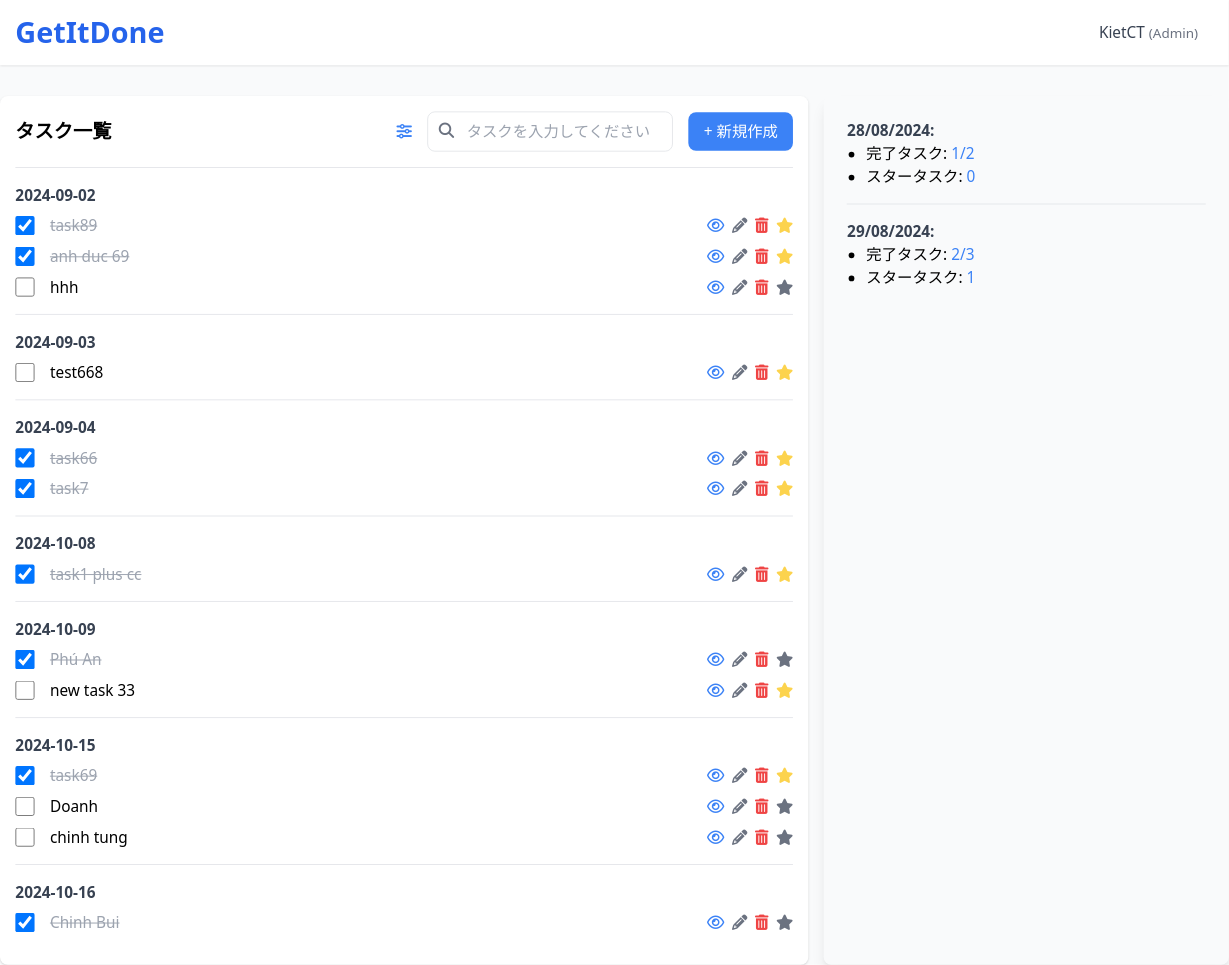
Repository: TuanAnhNguyen723/todolist
Page: http://localhost/mainscreen/mainscreen.php
An editor plug-in stored every save of this project. The page is shown before and after the next save, followed by the edit.
The browser window is 1280 px wide. The pictures show the whole page, at 96% of full size.
Some web libraries are served in a nearby version. The page is run by PHP 8.4 with error messages shown; the project is at /var/www/html/. The database holds what the project's SQL file puts in it.

Above is the page before, as saved 2024-10-02 13:59:46.

### mainscreen/mainscreen.php
<!DOCTYPE html>
<?php
include '../mainscreen/mainscreenController.php';
?>

<html lang="ja">
  <head>
    <meta charset="UTF-8" />
    <meta name="viewport" content="width=device-width, initial-scale=1.0" />
    <title>GetItDone Task List</title>
    <link
      href="https://cdn.jsdelivr.net/npm/tailwindcss@2.2.19/dist/tailwind.min.css"
      rel="stylesheet"
    />
    <link
      rel="stylesheet"
      href="https://cdnjs.cloudflare.com/ajax/libs/font-awesome/6.6.0/css/all.min.css"
    />

    <link href="./mainscreen.css">
    <script src="./mainscreen.js" defer></script>
  </head>
  <body class="bg-gray-50">
    <!-- Header Section -->
    <header class="bg-white shadow p-4 flex justify-between items-center">
      <div class="flex items-center">
        <h1 class="text-3xl font-bold text-blue-600">GetItDone</h1>
      </div>
      <div class="flex items-center">
        <span class="text-gray-700 mr-4"
          >KietCT <span class="text-sm text-gray-500">(Admin)</span></span
        >
      </div>
    </header>

    <!-- Main Section -->
    <main class="container mx-auto mt-8">
      <div class="flex justify-between">
        <!-- Task List -->
        <div class="w-2/3 bg-white p-4 shadow rounded-lg">
          <div class="flex justify-between items-center mb-4">
            <!-- Task List Title -->
            <h2 class="text-xl font-bold">タスク一覧</h2>

            <div class="flex items-center space-x-4">
              <!-- Filter Icon -->
              <button class="text-blue-500 hover:text-gray-700">
                <i class="fas fa-sliders-h"></i>
              </button>

              <!-- Search Input with Icon -->
              <div class="relative">
                <input
                  type="text"
                  class="border rounded-lg pl-10 pr-3 py-2 w-64"
                  placeholder="タスクを入力してください"
                />
                <!-- Search Icon -->
                <i
                  class="fas fa-search absolute left-3 top-3 text-gray-500"
                ></i>
              </div>

              <!-- New Task Button -->
              <button
                class="newtask bg-blue-500 text-white px-4 py-2 rounded-lg"
              >
                + 新規作成
              </button>
            </div>
          </div>

          <!-- Task Groups by Date -->
          <div class="task-container">
          <?php foreach ($tasks_by_date as $date => $tasks): ?>
            <div class="mb-4 border-t pt-4">
              <h3 class="font-bold text-gray-700"><?php echo htmlspecialchars($date); ?></h3>

              <?php foreach ($tasks as $task): ?>
                <div class="task-container2 flex justify-between items-center space-x-4 my-2">
                  <div class="flex items-center space-x-4">
                    <input
                      type="checkbox"
                      class="form-checkbox h-5 w-5 toggle-complete"
                      data-task-id="<?php echo $task['task_id']; ?>"
                      <?php echo $task['checked'] ? 'checked' : ''; ?>
                    />
                    <span class="task-text <?php echo $task['checked'] ? 'line-through text-gray-400' : ''; ?>">
                      <?php echo htmlspecialchars($task['title']); ?>
                    </span>
                  </div>
                  <div class="flex space-x-2">
                    <!-- Nút xem chi tiết -->
                    <button class="text-blue-500 hover:text-blue-700">
                      <i class="fa fa-eye"></i>
                    </button>

                    <!-- Nút sửa -->
                    <button class="text-gray-500 hover:text-gray-700 edit-task-button" data-task-id="<?php echo $task['task_id']; ?>">
                      <i class="fa fa-pencil"></i>
                    </button>

                    <!-- Nút xóa -->
                    <form action="./mainscreenController.php" method="POST" style="display:inline;">
                      <input type="hidden" name="task_id" value="<?php echo $task['task_id']; ?>">
                      <button type="submit" name="delete_task" class="text-red-500 hover:text-red-700">
                        <i class="fa fa-trash"></i>
                      </button>
                    </form>

                      <!-- Nút ngôi sao -->
                      <button class="text-gray-500 hover:text-yellow-300 star-icon <?php echo $task['star'] ? 'text-yellow-300' : ''; ?>" data-task-id="<?php echo $task['task_id']; ?>">
                      <i class="fa fa-star"></i>
                    </button>
                  </div>
                </div>
              <?php endforeach; ?>




            </div>
          <?php endforeach; ?>


          </div>
        </div>

        <!-- Task Completion Summary -->
        <div
          id="task-summary"
          class="w-1/3 bg-grey-900 p-6 rounded-lg shadow-lg ml-4"
        >
          <h3 class="font-bold text-gray-700">28/08/2024:</h3>
          <ul class="list-disc pl-5">
            <li>完了タスク: <span class="text-blue-500">1/2</span></li>
            <li>スタータスク: <span class="text-blue-500">0</span></li>
          </ul>

          <h3 class="font-bold text-gray-700 mt-4 border-t pt-4">
            29/08/2024:
          </h3>
          <ul class="list-disc pl-5">
            <li>完了タスク: <span class="text-blue-500">2/3</span></li>
            <li>スタータスク: <span class="text-blue-500">1</span></li>
          </ul>
        </div>

        <!-- Task Add Modal -->
        <div id="taskAddModal" class="fixed z-50 inset-0 overflow-y-auto hidden">
          <div class="flex items-center justify-center min-h-screen bg-black bg-opacity-50">
            <div class="relative bg-white w-96 p-6 rounded-lg shadow-lg">
              <!-- Close Button -->
              <button id="closeModal" class="absolute top-2 right-2 text-gray-500 hover:text-gray-700">
                <i class="fas fa-times"></i>
              </button>

              <!-- Modal Title -->
              <h2 class="text-2xl font-bold mb-4">タスク追加</h2>

              <!-- Form -->

              <form action="mainscreenController.php" method="POST">
                <!-- Task Title -->
                <input
                  name="title"
                  type="text"
                  placeholder="タイトルが入力してください"
                  class="title w-full border border-gray-300 p-2 rounded-lg mb-4"
                />

                <!-- Date Pickers -->
                <div class="flex justify-between space-x-4 mb-4">
                  <div class="w-1/2 relative">
                    <label for="time_start" class="sr-only">Start Date</label>
                    <input
                      type="date"
                      name="time_start"
                      class="w-full border border-gray-300 p-2 rounded-lg"
                    />
                  </div>
                  <div class="w-1/2 relative">
                    <label for="time_end" class="sr-only">End Date</label>
                    <input
                      type="date"
                      name="time_end"
                      class="w-full border border-gray-300 p-2 rounded-lg"
                    />
                  </div>
                </div>

                <!-- Task Description -->
                <textarea
                  name="description"
                  placeholder="ディスクリプが入力してください"
                  class="w-full border border-gray-300 p-2 rounded-lg mb-4"
                  rows="4"
                ></textarea>

                <!-- Buttons -->
                <div class="flex justify-between">
                  <button
                    type="submit"
                    class="bg-blue-500 text-white px-4 py-2 rounded-lg w-full mr-2"
                  >
                    作成
                  </button>
                  <button
                    type="button"
                    class="border border-blue-500 text-blue-500 px-4 py-2 rounded-lg w-full"
                    id="cancelButton"
                  >
                    キャンセル
                  </button>
                </div>
              </form>

            </div>
          </div>
        </div>

        <!-- Filter Modal -->
        <div
          id="filterModal"
          class="fixed inset-0 bg-black bg-opacity-30 flex justify-center items-center hidden"
        >
          <div class="bg-white p-6 rounded-lg shadow-lg w-80">
            <h2 class="text-xl font-bold mb-4">フィルターオプション</h2>

            <!-- Status Dropdown -->
            <div class="mb-4 relative">
              <label class="block text-gray-700 font-semibold"
                >ステータス</label
              >
              <button
                id="statusButton"
                class="bg-gray-200 border border-gray-300 p-2 w-full text-left rounded-lg flex justify-between items-center"
              >
                <span id="statusText">全ステータス</span>
                <i class="fas fa-chevron-down"></i>
              </button>

              <ul
                id="statusDropdown"
                class="absolute bg-white border border-gray-300 rounded-lg w-full hidden mt-1 z-10"
              >
                <li
                  class="p-2 hover:bg-blue-500 hover:text-white cursor-pointer"
                  data-value="全ステータス"
                >
                  全ステータス
                </li>
                <li
                  class="p-2 hover:bg-blue-500 hover:text-white cursor-pointer"
                  data-value="完了"
                >
                  完了
                </li>
                <li
                  class="p-2 hover:bg-blue-500 hover:text-white cursor-pointer"
                  data-value="未完了"
                >
                  未完了
                </li>
              </ul>
            </div>

            <!-- Date Picker -->
            <div class="flex items-center mb-4">
              <i class="fas fa-calendar mr-2"></i>
              <span>締め切り</span>
            </div>

            <!-- Star Task Checkbox -->
            <div class="flex items-center mb-4">
              <input type="checkbox" id="starTask" class="mr-2" />
              <label for="starTask">スタータスク</label>
            </div>

            <!-- Buttons -->
            <div class="flex justify-between">
              <button
                id="resetButton"
                class="bg-gray-300 text-gray-700 px-4 py-2 rounded-lg"
              >
                リセット
              </button>
              <button
                id="applyButton"
                class="bg-blue-500 text-white px-4 py-2 rounded-lg"
              >
                適用
              </button>
            </div>
          </div>
        </div>


     <!-- Modal chỉnh sửa task -->
      <div id="taskEditModal" class="fixed z-50 inset-0 overflow-y-auto hidden">
        <div class="flex items-center justify-center min-h-screen bg-black bg-opacity-50">
          <div class="relative bg-white w-96 p-6 rounded-lg shadow-lg">
            <!-- Close Button -->
            <button id="closeEditModal" class="absolute top-2 right-2 text-gray-500 hover:text-gray-700">
              <i class="fas fa-times"></i>
            </button>



            <!-- Modal Content -->
            <h2 class="text-2xl font-bold mb-4">タスク編集</h2>
            <!-- Form -->
            <form id="editTaskForm" action="mainscreenController.php" method="POST">
              <!-- Task ID (ẩn) để biết nhiệm vụ nào cần chỉnh sửa -->
              <input type="hidden" name="edit_task_id" value="">

              <!-- Task Title -->
              <input name="edit_title" type="text" placeholder="タイトルを入力してください" class="edit-title w-full border border-gray-300 p-2 rounded-lg mb-4" />

              <!-- Date Pickers -->
              <div class="flex justify-between space-x-4 mb-4">
                <div class="w-1/2 relative">
                  <label for="edit_time_start" class="sr-only">Start Date</label>
                  <input type="date" name="edit_time_start" class="edit-time-start w-full border border-gray-300 p-2 rounded-lg" />
                </div>
                <div class="w-1/2 relative">
                  <label for="edit_time_end" class="sr-only">End Date</label>
                  <input type="date" name="edit_time_end" class="edit-time-end w-full border border-gray-300 p-2 rounded-lg" />
                </div>
              </div>

              <!-- Task Description -->
              <textarea name="edit_description" placeholder="ディスクリプションを入力してください" class="edit-description w-full border border-gray-300 p-2 rounded-lg mb-4" rows="4"></textarea>

              <!-- Buttons -->
              <div class="flex justify-between">
                <button id="saveEditButton" class="bg-blue-500 text-white px-4 py-2 rounded-lg w-full mr-2">
                  保存
                </button>
                <button type="button" class="border border-blue-500 text-blue-500 px-4 py-2 rounded-lg w-full" id="cancelEditButton">
                  キャンセル
                </button>
              </div>
            </form>
          </div>
        </div>
      </div>

      </div>
    </main>

    <!-- Icons FontAwesome -->
    <script src="https://kit.fontawesome.com/a076d05399.js"></script>
  </body>
</html>

### config.php
<?php
define('DB_SERVER', 'localhost');
define('DB_USERNAME', 'root');
define('DB_PASSWORD', '');
define('DB_NAME', 'todolistdb');

$conn = mysqli_connect(DB_SERVER, DB_USERNAME, DB_PASSWORD, DB_NAME);



if($conn === false){
    die("ERROR: Could not connect. " . mysqli_connect_error());
}
?>

### todolistdb.sql (the tables this page reads)
CREATE TABLE `task` (
  `task_id` int(11) NOT NULL,
  `title` varchar(255) NOT NULL,
  `description` varchar(255) NOT NULL,
  `time_start` date NOT NULL,
  `time_end` date NOT NULL,
  `checked` tinyint(1) NOT NULL,
  `user_id` varchar(10) NOT NULL,
  `grouptask_id` varchar(10) NOT NULL,
  `star` tinyint(1) NOT NULL
) ENGINE=InnoDB DEFAULT CHARSET=utf8mb4 COLLATE=utf8mb4_general_ci;

INSERT INTO `task` (`task_id`, `title`, `description`, `time_start`, `time_end`, `checked`, `user_id`, `grouptask_id`, `star`) VALUES
(26, 'task89', 'test89', '2024-09-02', '2024-09-11', 1, 'some_user_', 'some_group', 1),
(28, 'task1 plus  cc', 'test1 plus cc', '2024-10-08', '2024-09-10', 1, 'some_user_', 'some_group', 1),
(30, 'task66', 'test66', '2024-09-04', '2024-09-13', 1, 'some_user_', 'some_group', 1),
(36, 'task69', 'test69\r\n', '2024-10-15', '2024-10-17', 1, 'some_user_', 'some_group', 1),
(38, 'task7', 'test7', '2024-09-04', '2024-10-15', 1, 'some_user_', 'some_group', 1),
(42, 'Doanh', 'đần', '2024-10-15', '2024-10-14', 0, 'some_user_', 'some_group', 0),
(46, 'Phú An', 'An ', '2024-10-09', '2024-10-14', 1, 'some_user_', 'some_group', 0),
(56, 'Chinh Bui', 'tft', '2024-10-16', '2024-10-21', 1, 'some_user_', 'some_group', 0),
(58, '              anh duc 69            ', 'anh duc 69', '2024-09-02', '2024-10-08', 1, 'some_user_', 'some_group', 1),
(59, '                            test668                        ', 'test668', '2024-09-03', '2024-10-08', 0, 'some_user_', 'some_group', 1),
(61, 'chinh tung', 'tung chinh', '2024-10-15', '2024-10-08', 0, 'some_user_', 'some_group', 0),
(62, 'new task 33', 'new test 3 3', '2024-10-09', '2024-10-11', 0, 'some_user_', 'some_group', 1),
(63, 'hhh', 'hhh', '2024-09-02', '2024-10-07', 0, 'some_user_', 'some_group', 0);

ALTER TABLE `task`
  ADD PRIMARY KEY (`task_id`);

ALTER TABLE `task`
  MODIFY `task_id` int(11) NOT NULL AUTO_INCREMENT, AUTO_INCREMENT=64;

Loaded but not shown: mainscreen/mainscreen.js (321 lines, source omitted); mainscreen/mainscreenController.php (196 lines, source omitted)

After the next save:
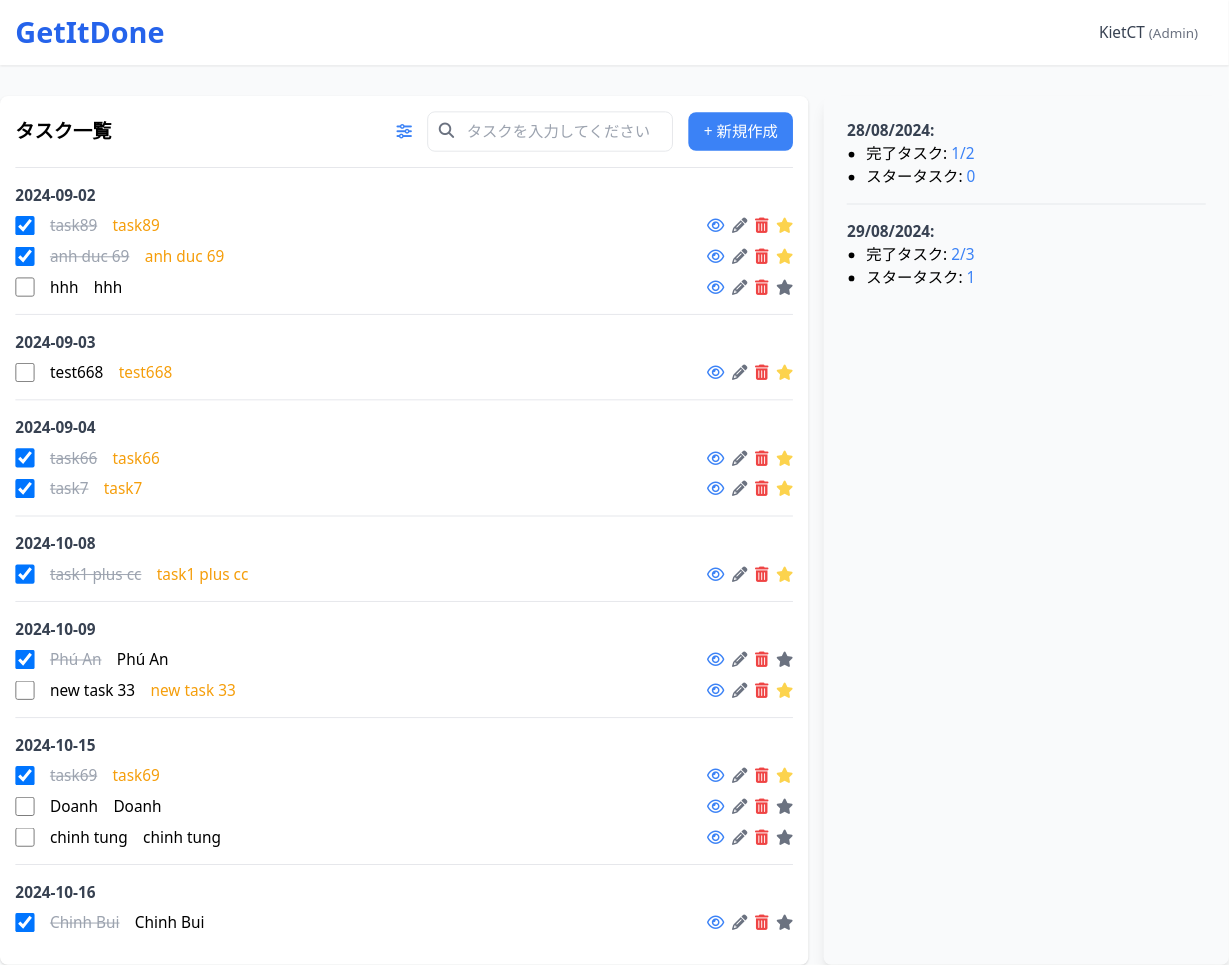
Saved 30 s later.
--- a/mainscreen/mainscreen.php
+++ b/mainscreen/mainscreen.php
@@ -87,6 +87,10 @@
                     />
                     <span class="task-text <?php echo $task['checked'] ? 'line-through text-gray-400' : ''; ?>">
                       <?php echo htmlspecialchars($task['title']); ?>
+                    </span>
+                    <!-- // Thêm class 'text-yellow-500' cho task-text nếu task có trạng thái 'star' -->
+                    <span class="task-text <?php echo $task['star'] ? 'text-yellow-500' : ''; ?>">
+                        <?php echo htmlspecialchars($task['title']); ?>
                     </span>
                   </div>
                   <div class="flex space-x-2">

After the save that followed:
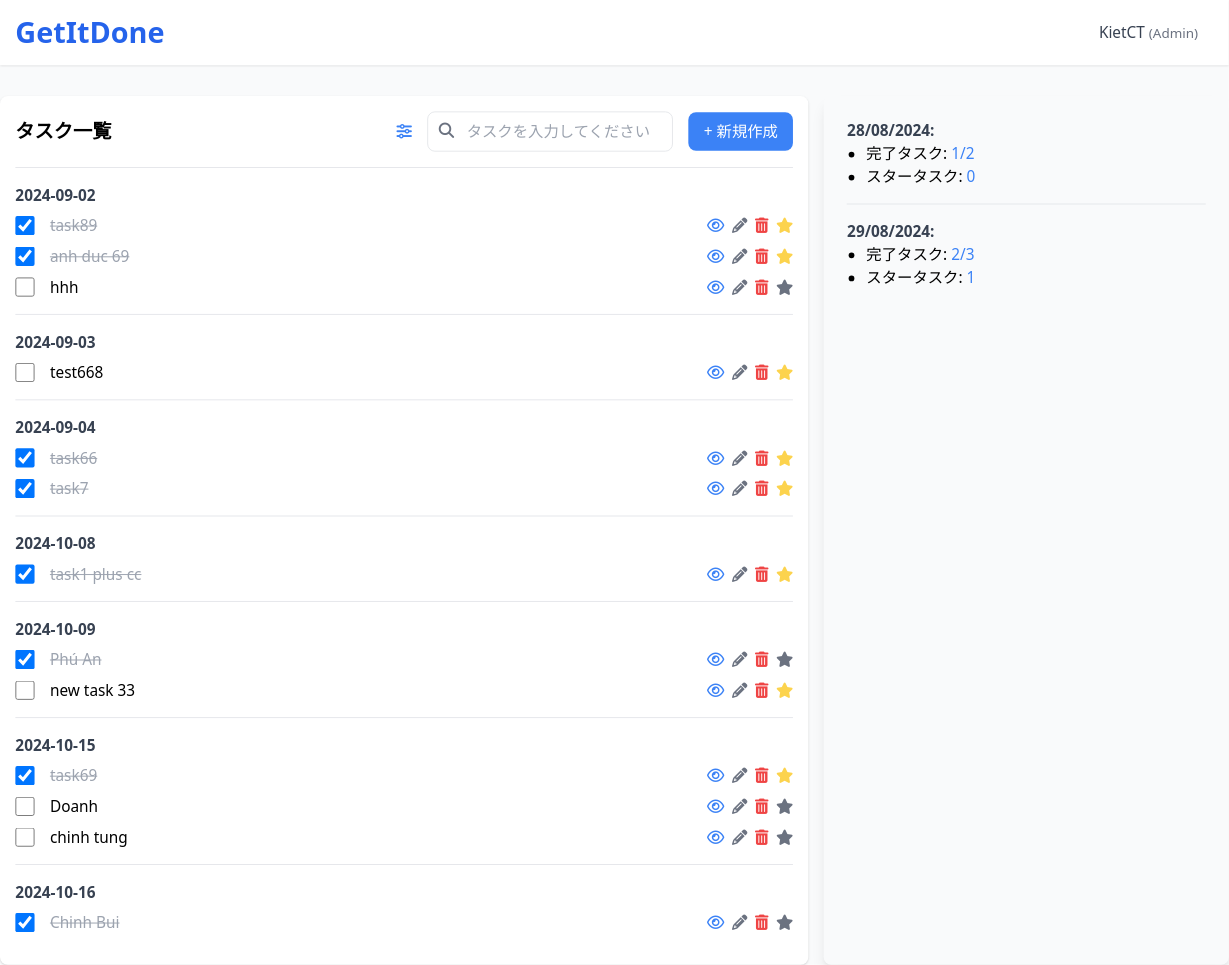
Saved 7 s later.
--- a/mainscreen/mainscreen.php
+++ b/mainscreen/mainscreen.php
@@ -88,10 +88,7 @@
                     <span class="task-text <?php echo $task['checked'] ? 'line-through text-gray-400' : ''; ?>">
                       <?php echo htmlspecialchars($task['title']); ?>
                     </span>
-                    <!-- // Thêm class 'text-yellow-500' cho task-text nếu task có trạng thái 'star' -->
-                    <span class="task-text <?php echo $task['star'] ? 'text-yellow-500' : ''; ?>">
-                        <?php echo htmlspecialchars($task['title']); ?>
-                    </span>
+
                   </div>
                   <div class="flex space-x-2">
                     <!-- Nút xem chi tiết -->
